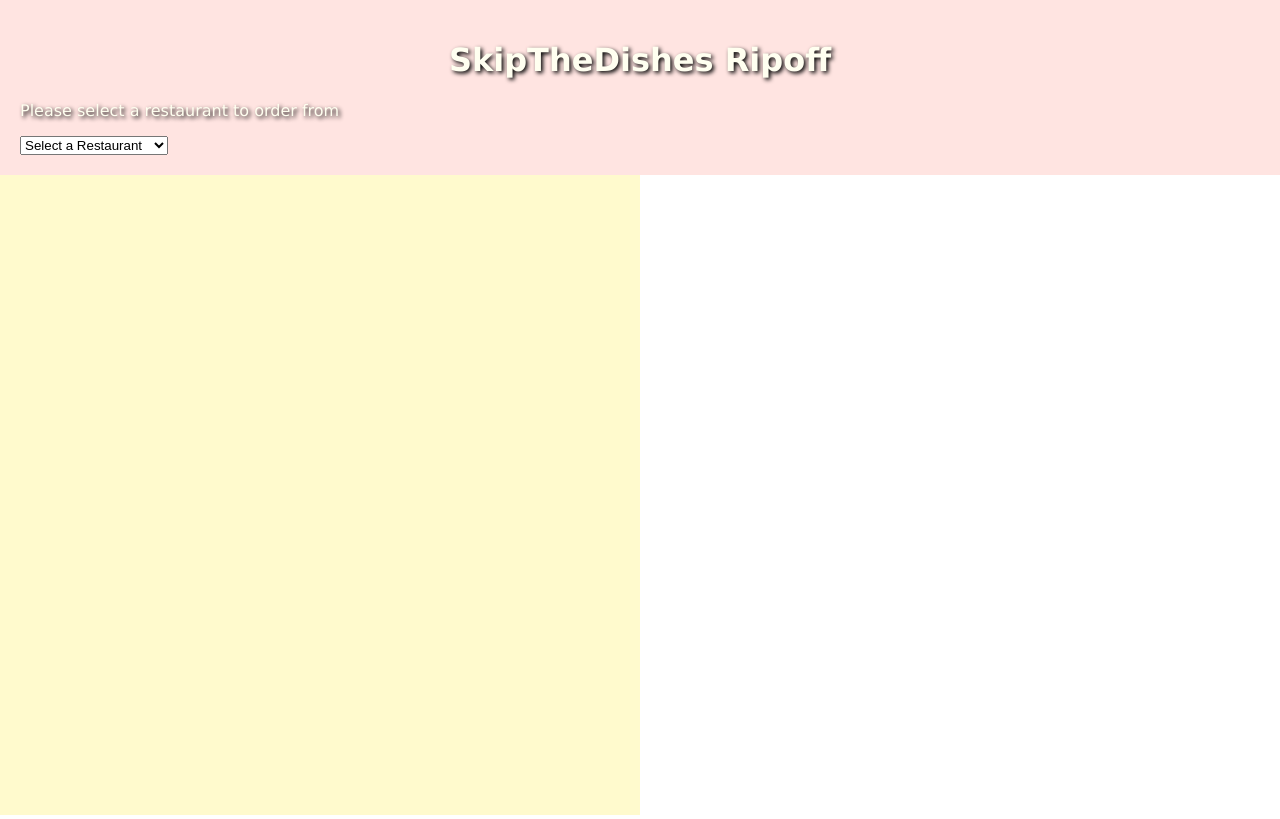
Repository: hudaali14/Carleton
Page: 2406/Assignments/Assignment1 (97)/order.html
The author's editor kept a copy of each file at every save. The page is drawn from the files as they stood at one save, then again after the next save.
The browser window is 1280 px wide. The pictures show the whole page.

Above is the page before, as saved 2020-01-25 20:44:59.

### 2406/Assignments/Assignment1 (97)/order.html
<html>
    <head>
        <title> Title </title>
        <link rel="stylesheet" href="style.css">
    </head>
    <body onload="init()">
        <div id="header">
            <h1>SkipTheDishes Ripoff</h1>
            <div id="dropdownText">
                <p>Please select a restaurant to order from</p>
                <select id="dropdown">
                    <option value="select a restaurant" selected>Select a Restaurant</option>
                </select>
            </div>
        </div>

        <div id="categories">
        </div>

        <div id="items">
        </div>

        <script src="client.js"></script>
    </body>
</html>

### 2406/Assignments/Assignment1 (97)/style.css
#header{
    margin: 0px;
    padding: 20px;
    border: 0px;
    text-align: center;
    background-color: mistyrose;
    color: ivory;
    text-shadow: 2px 2px 4px #000000;
    font-family: 'Lucida Sans';
}

#dropdownText{
    text-align:left;
}

#categories{
    padding: 25%;
    background-color: lemonchiffon;
    color: black;
    overflow: auto;
    display: inline-block;
    border: 0px;
    margin: 0px;
}

#items{
    background-color: rgb(253, 193, 230);
    display: inline-block;
    border: 0px;
    margin: 0px;
    color: black;
}


body{
    margin : 0;
}

### 2406/Assignments/Assignment1 (97)/client.js
let aragorn = {
	name: "Aragorn's Orc BBQ", //The name of the restaurant
	min_order: 20, //The minimum order amount required to place an order
	delivery_charge: 5, //The delivery charge for this restaurant
	//The menu
	menu: {
		//First category
		"Appetizers": {
			//First item of this category
			0: {
				name: "Orc feet",
				description: "Seasoned and grilled over an open flame.", //
				price: 5.50
			},
			1: {
				name: "Pickled Orc fingers",
				description: "Served with warm bread, 5 per order.",
				price: 4.00
			},
			2: { //Thank you Kiratchii
				name: "Sauron's Lava Soup",
				description: "It's just really spicy water.",
				price: 7.50
			},
			3: {
				name: "Eowyn's (In)Famous Stew",
				description: "Bet you can't eat it all.",
				price: 0.50
			},
			4: {
				name: "The 9 rings of men.",
				description: "The finest of onion rings served with 9 different dipping sauces.",
				price: 14.50
			}
		},
		"Combos": {
			5: {
				name: "Buying the Farm",
				description: "An arm and a leg, a side of cheek meat, and a buttered biscuit.",
				price: 15.99
			},
			6: {
				name: "The Black Gate Box",
				description: "Lots of unidentified pieces. Serves 50.",
				price: 65.00
			},
			7: {//Thanks to M_Sabeyon
				name: "Mount Doom Roast Special with Side of Precious Onion Rings.",
				description: "Smeagol's favorite.",
				price: 15.75
			},
			8: { //Thanks Shar[TA]
				name: "Morgoth's Scorched Burgers with Chips",
				description: "Blackened beyond recognition.",
				price: 13.33

			},
			9: {
				name: "Slab of Lurtz Meat with Greens.",
				description: "Get it while supplies last.",
				price: 17.50
			},
			10: {
				name: "Rangers Field Feast.",
				description: "Is it chicken? Is it rabbit? Or...",
				price: 5.99
			}
		},
		"Drinks": {
			11: {
				name: "Orc's Blood Mead",
				description: "It's actually raspberries - Orc's blood would be gross.",
				price: 5.99
			},
			12: {
				name: "Gondorian Grenache",
				description: "A fine rose wine.",
				price: 7.99
			},
			13: {
				name: "Mordor Mourvedre",
				description: "A less-fine rose wine.",
				price: 5.99
			}
		}
	}
};

let legolas = {
	name: "Lembas by Legolas",
	min_order: 15,
	delivery_charge: 3.99,
	menu: {
		"Lembas": {
			0: {
				name: "Single",
				description: "One piece of lembas.",
				price: 3
			},
			1: {
				name: "Double",
				description: "Two pieces of lembas.",
				price: 5.50
			},
			2: {
				name: "Triple",
				description: "Three pieces, which should be more than enough.",
				price: 8.00
			}
		},
		"Combos": {
			3: {
				name: "Second Breakfast",
				description: "Two pieces of lembas with honey.",
				price: 7.50
			},
			4: {
				name: "There and Back Again",
				description: "All you need for a long journey - 6 pieces of lembas, salted pork, and a flagon of wine.",
				price: 25.99
			},
			5: {
				name: "Best Friends Forever",
				description: "Lembas and a heavy stout.",
				price: 6.60
			}
		}
	}
};

let frodo = {
	name: "Frodo's Flapjacks",
	min_order: 35,
	delivery_charge: 6,
	menu: {
		"Breakfast": {
			0: {
				name: "Hobbit Hash",
				description: "Five flapjacks, potatoes, leeks, garlic, cheese.",
				price: 9.00
			},
			1: {
				name: "The Full Flapjack Breakfast",
				description: "Eight flapjacks, two sausages, 3 eggs, 4 slices of bacon, beans, and a coffee.",
				price: 14.00
			},
			2: {
				name: "Southfarthing Slammer",
				description: "15 flapjacks and 2 pints of syrup.",
				price: 12.00
			}

		},
		"Second Breakfast": {
			3: {
				name: "Beorning Breakfast",
				description: "6 flapjacks smothers in honey.",
				price: 7.50
			},
			4: {
				name: "Shire Strawberry Special",
				description: "6 flapjacks and a hearty serving of strawberry jam.",
				price: 8
			},
			5: {
				name: "Buckland Blackberry Breakfast",
				description: "6 flapjacks covered in fresh blackberries. Served with a large side of sausage.",
				price: 14.99
			}
		},
		"Elevenses": {
			6: {
				name: "Lembas",
				description: "Three pieces of traditional Elvish Waybread",
				price: 7.70
			},
			7: {
				name: "Muffins of the Marish",
				description: "A variety of 8 different types of muffins, served with tea.",
				price: 9.00
			},
			8: {
				name: "Hasty Hobbit Hash",
				description: "Potatoes with onions and cheese. Served with coffee.",
				price: 5.00
			}
		},
		"Luncheon": {
			9: {
				name: "Shepherd's Pie",
				description: "A classic. Includes 3 pies.",
				price: 15.99
			},
			10: {
				name: "Roast Pork",
				description: "An entire pig slow-roasted over a fire.",
				price: 27.99
			},
			11: {
				name: "Fish and Chips",
				description: "Fish - fried. Chips - nice and crispy.",
				price: 5.99
			}
		},
		"Afternoon Tea": {
			12: {
				name: "Tea",
				description: "Served with sugar and cream.",
				price: 3
			},
			13: {
				name: "Coffee",
				description: "Served with sugar and cream.",
				price: 3.50
			},
			14: {
				name: "Cookies and Cream",
				description: "A dozen cookies served with a vat of cream.",
				price: 15.99
			},
			15: {
				name: "Mixed Berry Pie",
				description: "Fresh baked daily.",
				price: 7.00
			}
		},
		"Dinner": {
			16: {
				name: "Po-ta-to Platter",
				description: "Boiled. Mashed. Stuck in a stew.",
				price: 6
			},
			17: {
				name: "Bree and Apple",
				description: "One wheel of brie with slices of apple.",
				price: 7.99
			},
			18: {
				name: "Maggot's Mushroom Mashup",
				description: "It sounds disgusting, but its pretty good",
				price: 6.50
			},
			19: {
				name: "Fresh Baked Bread",
				description: "A whole loaf of the finest bread the Shire has to offer.",
				price: 6
			},
			20: {
				name: "Pint of Ale",
				description: "Yes, it comes in pints.",
				price: 5
			}
		},
		"Supper": {
			21: {
				name: "Sausage Sandwich",
				description: "Six whole sausages served on a loaf of bread. Covered in onions, mushrooms and gravy.",
				price: 15.99
			},
			22: {
				name: "Shire Supper",
				description: "End the day as you started it, with a dozen flapjacks, 5 eggs, 3 sausages, 7 pieces of bacon, and a pint of ale.",
				price: 37.99
			}
		}
	}
};

let restaurants = [aragorn, legolas, frodo];
let order = [];


function init(){
	let r = document.getElementById("dropdown");
	for(i = 0; i<restaurants.length; i++){
		let resoptions = document.createElement("option");
		str = JSON.stringify(restaurants[i].name);
		resoptions.value = str;
		resoptions.text = str;
		r.appendChild(resoptions);
	}
	let category = document.getElementById("categories");
	r.onchange= displayCategories;
}

function displayCategories(){
	let dropdownMenu=document.getElementById("dropdown");
	let category=document.getElementById("categories");
	// if(items.length == 0){
	// 	if(confirm("There is a current order with items in it. Do you want to clear the order?")){
	// 		items = [];
	// 		return;
	// 	}
	// }
	category.innerHTML="";
	let index=0;
	if(dropdownMenu.selectedIndex==1){
		let aragornMenu= ["Appetizers", "Combos","Drinks"];
		aragornMenu.forEach(element => {
			let para =document.createElement("p");
			para.innerHTML=element;
			category.appendChild(para);
			index++;
		});
		displayItems(aragorn, aragornMenu);
	}else if(dropdownMenu.selectedIndex==2){
		let legolasMenu=["Lembas", "Combos"];
		legolasMenu.forEach(element => {
			let para =document.createElement("p");
			para.innerHTML=element;
			//para.href="/Users/hudaali/Desktop/2406/assignment1#items"
			category.appendChild(para);
			index++;
		});
		displayItems(legolas, legolasMenu);
	}else if(dropdownMenu.selectedIndex==3){
		let frodoMenu=["Breakfast","Second Breakfast","Elevenses","Luncheon","Afternoon Tea","Dinner","Supper"];
		frodoMenu.forEach(element => {
			let para =document.createElement("p");
			para.innerHTML=element;
			category.appendChild(para);
			index++;
		});
		displayItems(frodo, frodoMenu);
	}else{
		let x=5;
	}
}

function displayItems(restaurant, restaurantMenu){
	let itemMenu = document.getElementById("items");
	itemMenu.innerHTML = "";
	let categoryItems = restaurant.menu;
	let counter = 0;
  	for(let i = 0; i < restaurantMenu.length; i++){
		  let category = document.createElement("h3");
		  category.innerHTML = restaurantMenu[i]+"<br/>";
		  itemMenu.appendChild(category);
    	while(typeof restaurant.menu[restaurantMenu[i]][counter] !== "undefined"){
			let item = restaurant.menu[restaurantMenu[i]][counter];
			let para = document.createElement("p");
			para.innerHTML = "Name: " + item.name + "<br/>";
			para.innerHTML += "Description: " + item.description + "<br/>";
			para.innerHTML += "Price: " + item.price + "<br/>";
			itemMenu.appendChild(para);
      		counter++;
    	}
  	}
}

After the next save:
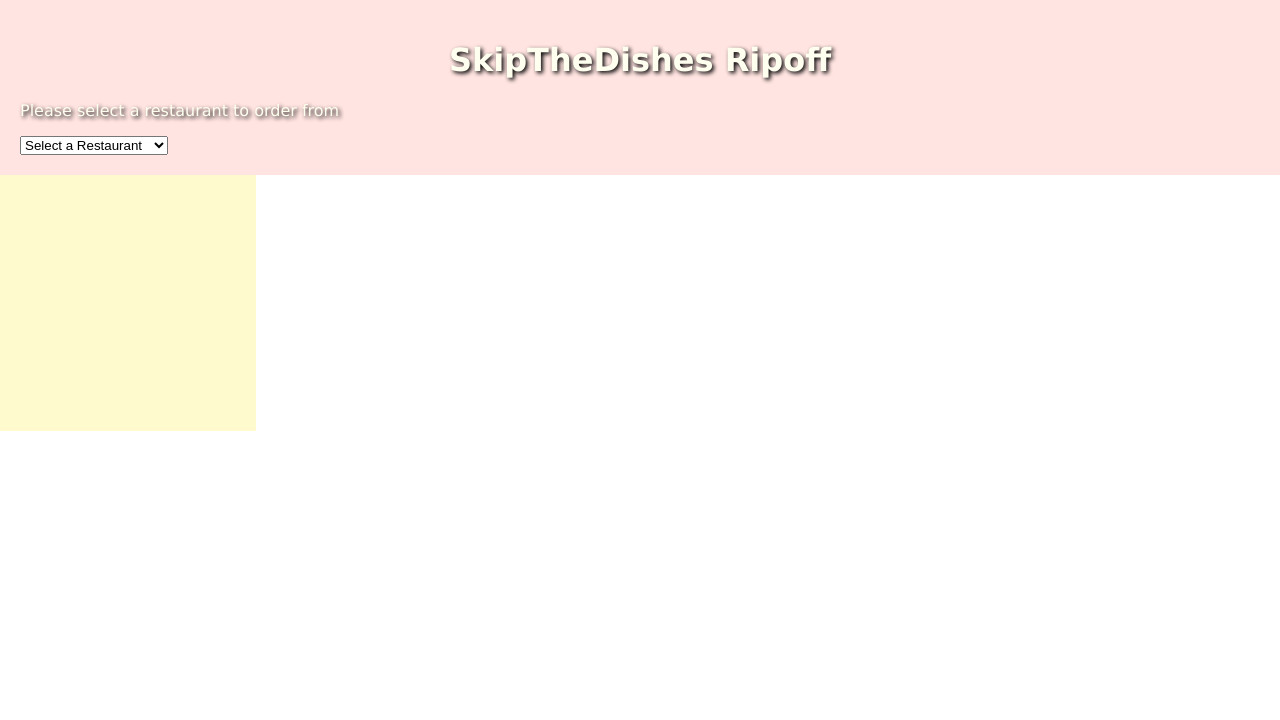
Saved 43 s later.
--- a/2406/Assignments/Assignment1 (97)/style.css
+++ b/2406/Assignments/Assignment1 (97)/style.css
@@ -14,7 +14,7 @@
 }
 
 #categories{
-    padding: 25%;
+    padding: 10%;
     background-color: lemonchiffon;
     color: black;
     overflow: auto;
